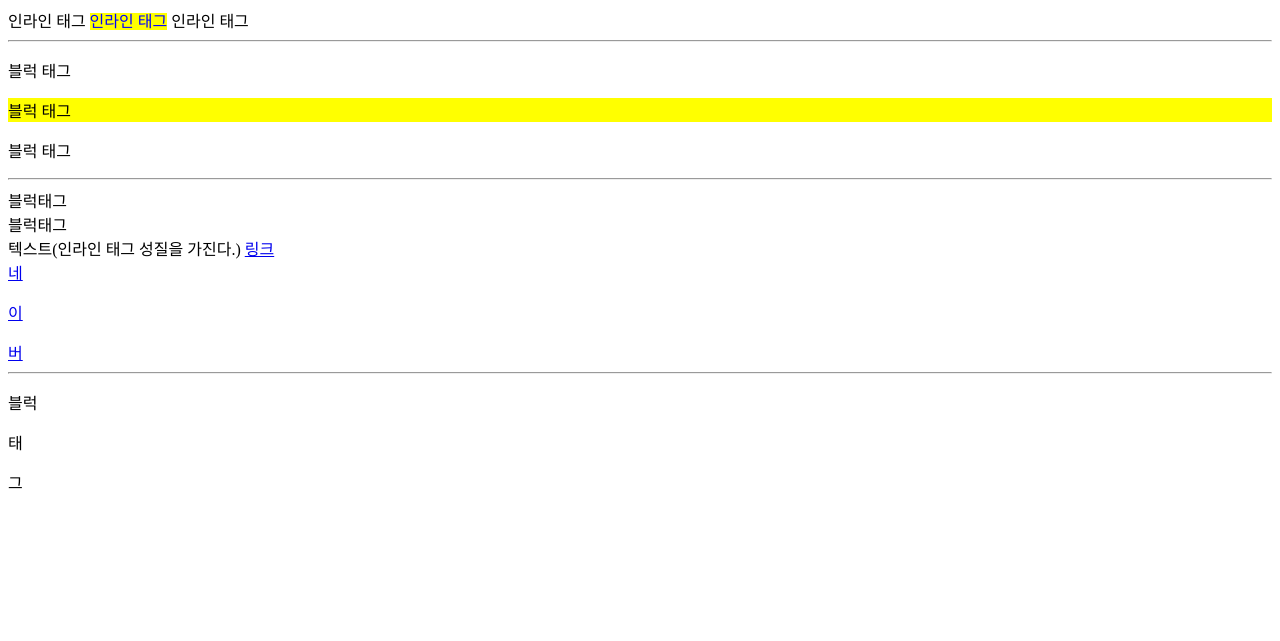
Repository: zzzzzzin/Client
Page: ClientTest/src/main/webapp/html/ex13_tag.html
The author's editor kept a copy of each file at every save. The page is drawn from the files as they stood at one save, then again after the next save.
The browser window is 1280 px wide. The pictures show the whole page.

Above is the page before, as saved 2024-03-13 05:08:20.

After the next save:
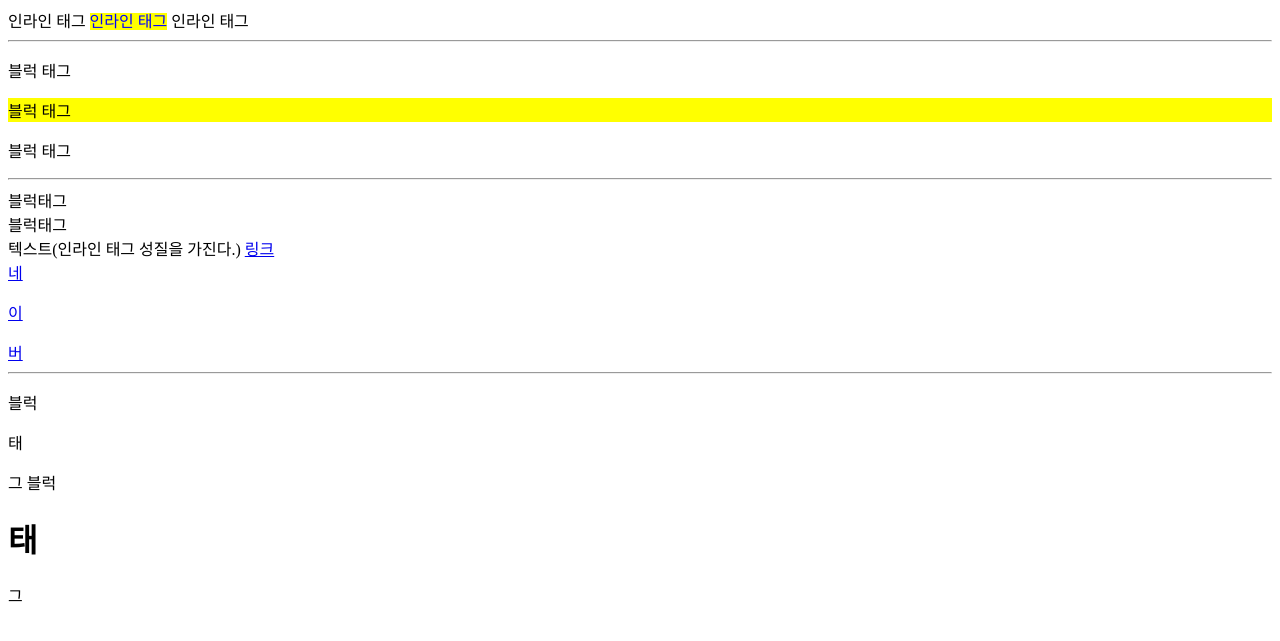
Saved 44 s later.
--- a/ClientTest/src/main/webapp/html/ex13_tag.html
+++ b/ClientTest/src/main/webapp/html/ex13_tag.html
@@ -60,6 +60,7 @@
 	<hr>
 	<p>
 		블럭 <p>태</p>그
+		블럭 <h1>태</h1>그
 	</p>
 	<span>
 
